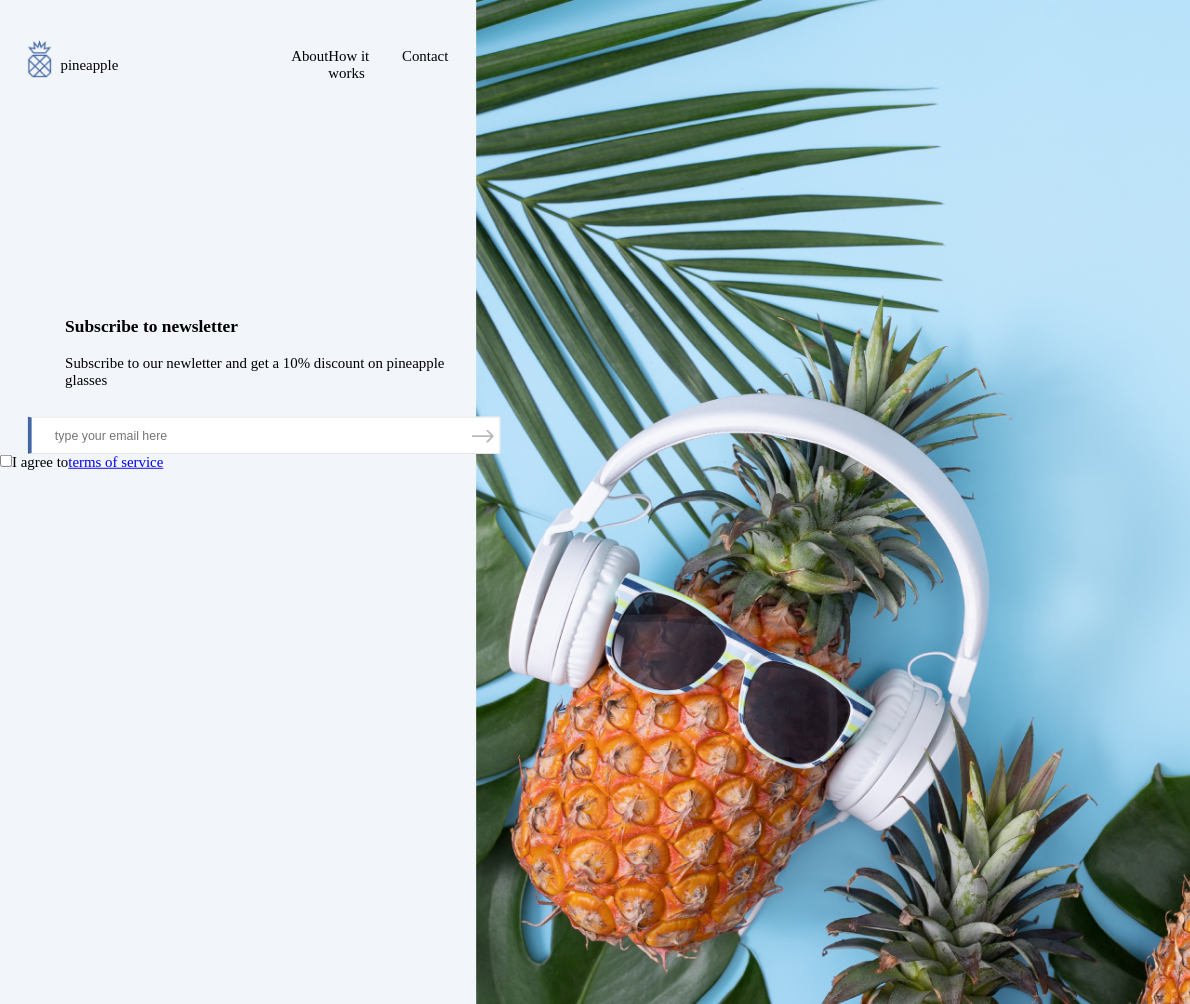
Repository: PaulsBebris/megabit-task
Page: /
These files come from the project's save history. The page is drawn as it stood at one moment and after the next save; the edit follows.
The browser window is 1280 px wide. The pictures show the whole page, at 93% of full size.
The project was rebuilt for these pictures with package versions that can differ from the ones it lists, and the page was loaded fresh each time.

Above is the page before, as saved 2021-04-19 14:28:58.

After the next save:
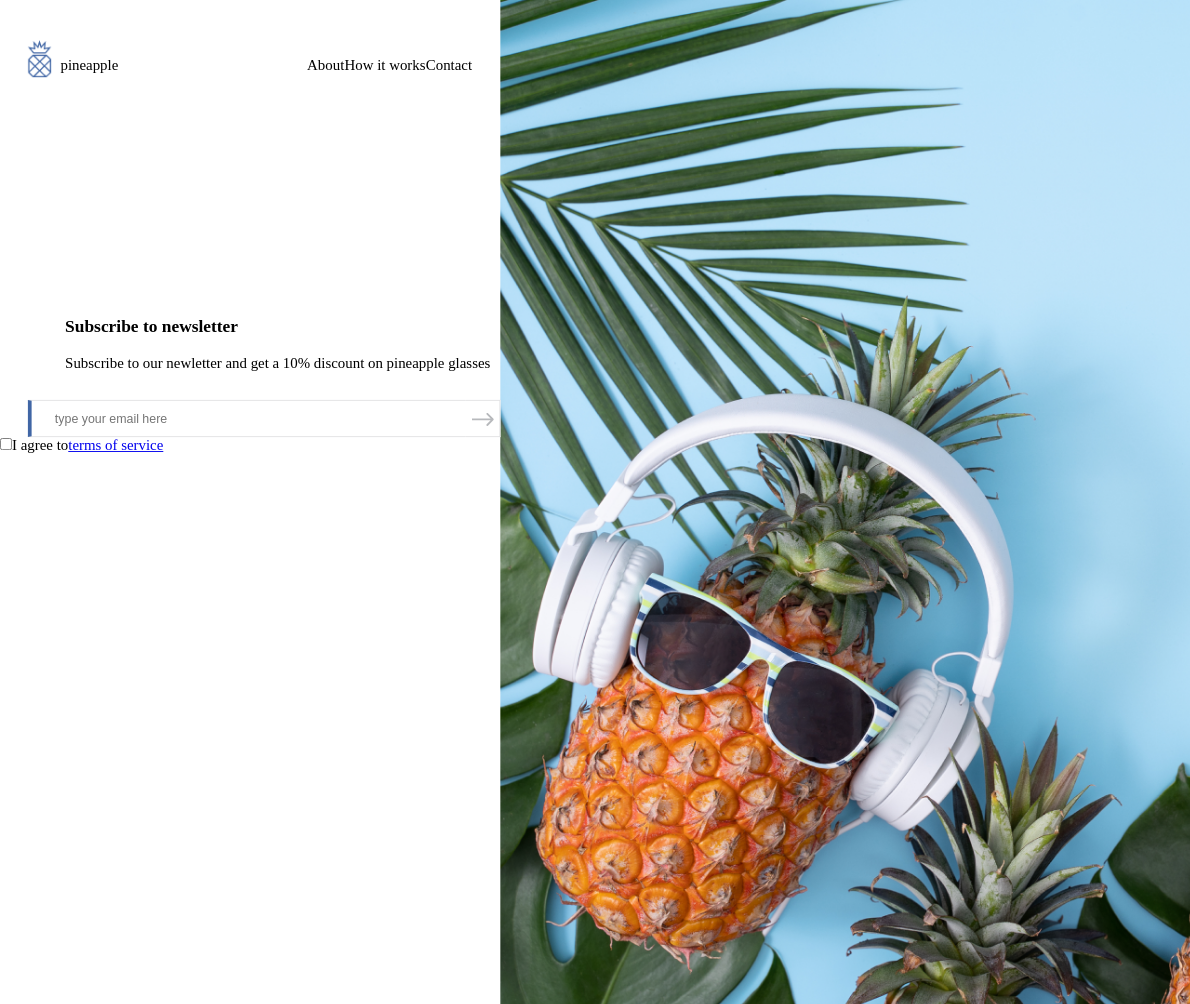
Saved 48 s later.
--- a/src/views/Home.vue
+++ b/src/views/Home.vue
@@ -29,7 +29,7 @@
       </div>
       <div class="social-wrapper"></div>
     </div>
-    <div class="page-content-wrapper-image">
+    <div class="base-image">
       <img :src=sommer alt="">
     </div>
   </div>
@@ -66,15 +66,15 @@
   // color: $blue;
   // overflow: hidden;
 }
-.page-content-wrapper {
+.base {
   width: 40vw;
   height: 1080px;
   background-color: $light-blue;
 }
-.page-content-wrapper-image {
+.base-image {
   width: 60vw;
 }
-.page-content-wrapper-image img {
+.base-image img {
   max-height: 1080px;
 }
 .header-wrapper {
@@ -143,7 +143,7 @@
 }
 // mobile
 @media screen and (max-width: 1024px) {
-  .page-content-wrapper-image {
+  .base-image {
     display: none;
   }
   .page-content-wrapper {

After the save that followed:
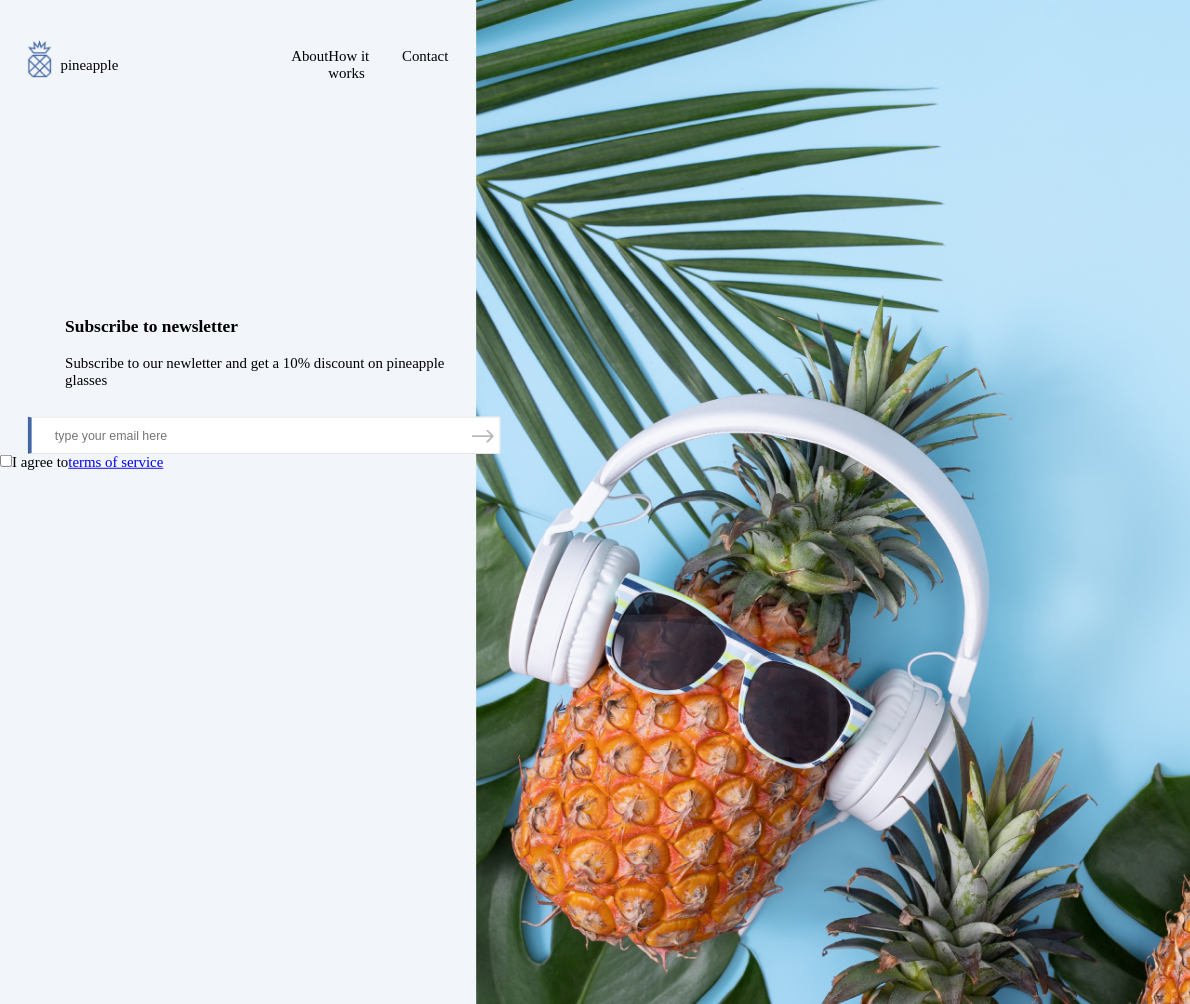
Saved 33 s later.
--- a/src/views/Home.vue
+++ b/src/views/Home.vue
@@ -66,7 +66,7 @@
   // color: $blue;
   // overflow: hidden;
 }
-.base {
+.page-content-wrapper {
   width: 40vw;
   height: 1080px;
   background-color: $light-blue;
